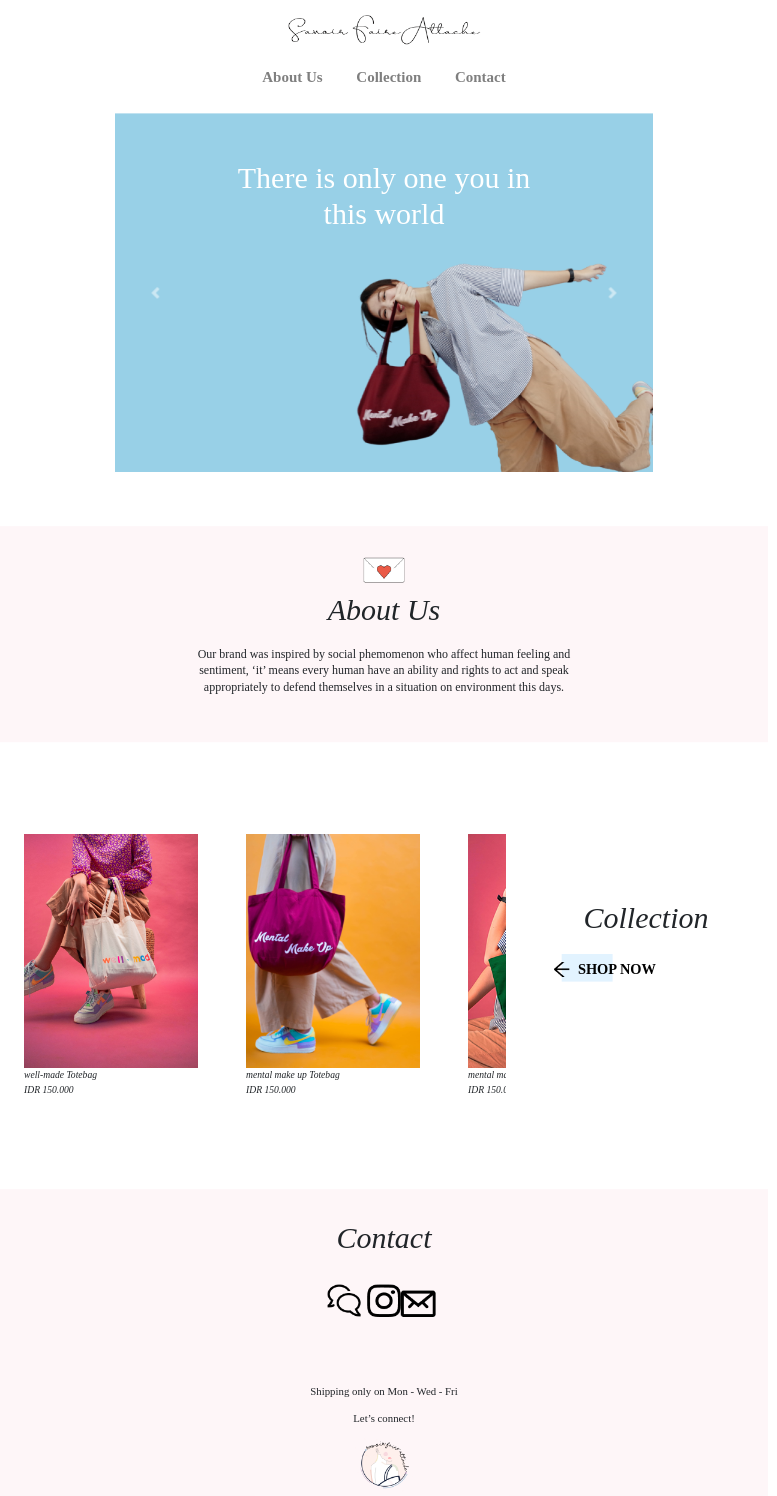
Repository: bismowibi/savoir
Page: index.html
An editor plug-in stored every save of this project. The page is shown before and after a run of saves, followed by the edit.
The browser window is 1280 px wide. The page is 1295 px wide, so the pictures cover 1295 px, including what lies to the right of the window. The pictures show the whole page, at 60% of full size.
Some web fonts or font styles are not loaded; a fallback is used. Some web libraries are served in a nearby version.

Above is the page before, as saved 2020-04-06 20:36:29.

### index.html
<!doctype html>
<html lang="en">

<head>
  <title>Savoir Fairre Attache</title>
  <!-- Required meta tags -->
  <meta charset="utf-8">
  <meta name="viewport" content="width=device-width, initial-scale=1, shrink-to-fit=no">
  <!-- Internal CSS -->
  <link rel="stylesheet" href="style.css">
  <!-- Bootstrap CSS -->
  <link rel="stylesheet" href="https://stackpath.bootstrapcdn.com/bootstrap/4.3.1/css/bootstrap.min.css"
    integrity="sha384-ggOyR0iXCbMQv3Xipma34MD+dH/1fQ784/j6cY/iJTQUOhcWr7x9JvoRxT2MZw1T" crossorigin="anonymous">
  <!-- Font Face GT -->
  <link href="https://db.onlinewebfonts.com/c/4417812509ea84242dcf790e829ca350?family=GT+Walsheim+Pro+Regular" rel="stylesheet" type="text/css"/>
    <!-- Icon -->
  <script src="https://kit.fontawesome.com/c5d0666ee9.js" crossorigin="anonymous"></script>
</head>

<body>

  <!-- Optional JavaScript -->
  <!-- jQuery first, then Popper.js, then Bootstrap JS -->
  <script src="https://code.jquery.com/jquery-3.3.1.slim.min.js"
    integrity="sha384-q8i/X+965DzO0rT7abK41JStQIAqVgRVzpbzo5smXKp4YfRvH+8abtTE1Pi6jizo" crossorigin="anonymous">
  </script>
  <script src="https://cdnjs.cloudflare.com/ajax/libs/popper.js/1.14.7/umd/popper.min.js"
    integrity="sha384-UO2eT0CpHqdSJQ6hJty5KVphtPhzWj9WO1clHTMGa3JDZwrnQq4sF86dIHNDz0W1" crossorigin="anonymous">
  </script>
  <script src="https://stackpath.bootstrapcdn.com/bootstrap/4.3.1/js/bootstrap.min.js"
    integrity="sha384-JjSmVgyd0p3pXB1rRibZUAYoIIy6OrQ6VrjIEaFf/nJGzIxFDsf4x0xIM+B07jRM" crossorigin="anonymous">
  </script>

  <section id="title">
    <div class="container-fluid">

      <!-- Header-logo -->
      <header id="site-header">
        <!-- <h5>Sfa</h5> -->
        <img src="Photos/savoir.png" alt="">
      </header>

      <!-- Navigation Bar -->
      <nav class="navbar navbar-expand-lg navbar-light">
        <a class="navbar-brand d-block d-sm-block d-md-bock d-lg-none navbar-right" style="float: none;"
          href="#">Sfa</a>

        <!-- Navbar Collapse Button -->
        <button class="navbar-toggler" type="button" data-toggle="collapse" data-target="#navbarTogglerDemo02"
          aria-controls="navbarTogglerDemo02" aria-expanded="false" aria- label="Toggle navigation">
          <span class="navbar-toggler-icon"></span>
        </button>

        <!-- Navbar Menu -->
        <div class="collapse navbar-collapse" id="navbarTogglerDemo02">
          <ul class="navbar-nav mx-auto">
            <li class="nav-item"><a class="nav-link" href="#about-us">About Us</a></li>
            <li class="nav-item"><a class="nav-link" href="#collection">Collection</a></li>
            <li class="nav-item"><a class="nav-link" href="#contact">Contact</a></li>
          </ul>
      </nav>
  </section>

  <!-- Home  -->
  <section id="home">
    <!-- <div class="container"> -->
    <div id="carouselExampleControls" class="carousel slide" data-ride="carousel" data-interval="0">
      <div class="carousel-inner">
        <!-- Card 1  -->
        <div class="carousel-item active">
          <div class="row card-1">
            <div class="col-lg-12">
              <h2 class="text-center">There is only one you in <br>this world</h2>
            </div>
            <div class="col-lg-12">
              <img class="img-card-1" src="Photos/card-1.png" alt="">
            </div>
          </div>
        </div>
        <!-- Card 2  -->
        <div class="carousel-item">
          <div class="row card-2">
            <div class="col-lg-6">
              <img class="img-card-2" src="Photos/card-2.png" alt="">
            </div>
            <div class="col-lg-6">
              <h2>Chic and <br>Colourful</h2>
            </div>
          </div>
        </div>
        <!-- Card 3 -->
        <div class="carousel-item">
          <div class="row card-3">
            <div class="col-lg-6">
              <h2>Savoir Faire Attache</h2>
            </div>
            <div class="col-lg-6">
              <img class="img-card-3" src="Photos/card-3.png" alt="">
            </div>
          </div>
        </div>
        <!-- Card 4 -->
        <div class="carousel-item">
          <div class="row card-4">
            <div class="col-lg-6">
              <h2>Grab yours now!</h2>
            </div>
            <div class="col-lg-6">
              <img class="img-card-4" src="Photos/card-4-n.png" alt="">
            </div>
          </div>
        </div>
      </div>
      <!-- Button Slider  -->
      <a class="carousel-control-prev" href="#carouselExampleControls" role="button" data-slide="prev">
        <span class="carousel-control-prev-icon" aria-hidden="true"></span>
        <span class="sr-only">Previous</span>
      </a>
      <a class="carousel-control-next" href="#carouselExampleControls" role="button" data-slide="next">
        <span class="carousel-control-next-icon" aria-hidden="true"></span>
        <span class="sr-only">Next</span>
      </a>
    </div>
    </div>
  </section>

  <section id="about-us">
    <div class="container-fluid">
      <div class="row text-center">
        <div class="col-about col-lg-12 ">
          <img class="love-letter" src="Photos/love-letter.png" alt="">
        </div>
        <div class="col-lg-12 text-center">
          <h2>About Us</h2>
          <p class="">Our brand was inspired by social phemomenon who affect human feeling and <br> sentiment, ‘it’ means every human have an ability and rights to act and speak <br>appropriately to defend themselves in a situation on environment this days. </p>
        </div>
      </div>
    </div>
    </div>
  </section>


  <!-- Collection -->
  <section id="collection">
    <!-- Scroling -->
    <div class="row scrolling-row">
      <div class="col-lg-8 sm-12">
        <div class="scrolling-wrapper-flexbox">
          <div class="card">
            <img src="Photos/img-collect-1.png" alt="">
            <span>well-made Totebag <br>IDR 150.000<span>
          </div>
          <div class="card">
            <img src="Photos/img-collect-2.png" alt="">
            <span>mental make up Totebag <br>IDR 150.000<span>
          </div>
          <div class="card">
            <img src="Photos/img-collect-3.png" alt="">
            <span>mental make up Totebag <br>IDR 150.000<span>
          </div>
          <div class="card">
            <img src="Photos/img-collect-4.png" alt="">
            <span>amore Totebag <br>IDR 150.000<span>
          </div>
        </div>
      </div>
      <div class="shop-now col-lg-4 sm-12">
        <h1 class="text-center">Collection</h1>
        <div class="arrow">
          <img class="img-arrow" src="Photos/arrow-biru.png" alt="">
          <a href="https://linktr.ee/savoirfaire_attache" target="_blank">
            <h4> SHOP NOW</h4>
          </a>
        </div>

      </div>
      </di>

  </section>

  <section id="contact">
  <div class="container-fluid">
    <div class="row text-center con">
      <div class="col-lg-12">
        <h2>Contact</h2>
      </div>
      <div class="col-lg-4  sm-3 contact-icon line">
        <img class="line-img" src="Photos/text-icon.png" alt="">
        <p class="ex">Click me!</p>
      </div>
      <div class="col-lg-4  sm-3 contact-icon ig">
        <a href="#" class="class="ig-img""><img src="Photos/ig-icon-2.png" alt=""></a>
        <p class="detail">@savoirfaire_attache</p>
      </div>
      <div class="col-lg-4 sm-3 contact-icon mail">
       <a href="#" class=mail-img""><img src="Photos/mail-icon-1.png" alt=""></a>
        <p>team@savoirfa.com</p>
      </div>
      <div class="col-sm-12 shipping">
        <h6> Shipping only on Mon - Wed - Fri <br> Let’s connect!</h6>
        <img src="Photos/logo.png" alt="">

      </div>
    </div>
    <!-- Mobile Version Code -->
    <div class="row contact-mobile text-center">
      <div class="col-sm-4">
        <img class="line-img" src="Photos/text-icon.png" alt="">
        <img class="mail-img"   src="Photos/mail-icon.png" alt="">
        <img class="ig-img"  src="Photos/ig-icon-2.png" alt="">
      </div>
      <div class="col-sm-12">
        <h6>Shipping only on Mon - Wed - Fri </h6>
      </div>
      </div>
    </div>


  </div>





  </section>











</body>

</html>

### style.css
/* Header - Logo */
#site-header {
    text-align: center;
    padding-top: 2%;
    font-family: "BeautyDream";
    font-size: 30px;
}

#site-header h5 {
    font-size: 30px;
}

#title{
    padding-bottom: 2%;
}
/* Navigation Bar */
.navbar-nav>li {
    padding-left: 20px;
    padding-right: 20px;
    font-family: "GT Walsheim Pro Regular";
    font-weight: bold;
    font-size:25px;
    margin-top:20px;
}

.navbar-brand {
    font-family: "BeautyDream";
    font-size: 2rem !important;
}


/* Home Card Background */
.card-1 {
    background-color: #98D0E7;
}

.card-2 {
    background-color: #D54C63;
}

.card-3 {
    background-color: #FECF70;
}

.card-4 {
    background-color: #F7E6D8;
}

/* Home */
#home {
    padding: 0% 15% 7%;
}

#carouselExampleControls h2 {
    font-family: "Futura";
    font-size: 50px;
    position: relative;
}

/* Card 1  */
.img-card-1 {
    position: relative;
    left: 35%;
    height: 470px;
}

.card-1 h2 {
    top: 60%;
    color: white;
}

/* Card 2 */
.img-card-2 {
    position: relative;
    left: 25%;
}

.card-2 h2 {
    color: #ffff;
    top: 40%;
    left: 10%;
}

/* Card 3 */
.card-3 h2 {
    color: #9C7C62;
    top: 35%;
    left: 23%;
}

/* Card-4 */
.card-4 h2 {
    left: 30%;
    top: 20%;
    color: #D54C63;
}

.img-card-4{

}
/* About Us */
#about-us {
    background-color: #FEF6F8;
    height: 360px;
    /* text-align: center; */
    padding: 3% 15% 3%;
    font-family: "GTWalsheimProRegular";
}

#about-us p{
    font-size: 20px;
    line-height: 27px;
    margin-top:30px;
}

#about-us h2 {
    font-family: Futura;
    font-style: italic;
    font-weight: 500;
    font-size: 50px;
}


/* Collection */

#collection {
    padding-top: 12%;
    padding-bottom:12%;
    font-family: "Futura";
    font-weight: 500;
    font-style: italic;
}

.scrolling-wrapper-flexbox {
    display: flex;
    white-space: nowrap;
    overflow-x: scroll;
    overflow-y:hidden;



}

.scrolling-wrapper-flexbox::-webkit-scrollbar {
    display: none;

}


.card {
    flex: 0 0 auto;
    /* height: 290px;
    width: 390px; */
    margin-left: 40px;
    margin-right: 40px;
    border: none !important;

}

#collection h1 {
    font-size: 50px;
    margin-top: 110px;

}

.arrow {
    margin-left: 45px;
    margin-top: 30px;

}

.arrow h4 {
    left: 24%;
    position: absolute;
    top: 48%;
    font-style: normal;
    font-weight: bold;
}

#collection a {
    color: black;
}

#collection a:hover {
    color: #d24967;
}



/* Contact */

#contact{
    padding: 3% 0% 0% 0%;
    background-color: #FEF6F8 ;
    font-family: "Futura";
}

#contact h2{
    font-size: 50px;
    font-style: italic;
    padding-top: 1%;
}

.contact-icon{
    padding-top:40px;
}

.shipping h6{
    font-size: 18px;
    margin-top: 15px;
    line-height: 45px;
    padding-top: 3%;
}



/* Only Show on Web */

@media only screen and (min-width:990px) {
.line{
    left:360px;
}

.mail{
    right: 370px;
    top: 10px;
}

#contact .contact-mobile{
    display: none;
}

}
#contact p{
    margin-top: 10px;
    opacity: 0;

}





/* Mobile Version */
@media only screen and (max-width:990px) {
    #site-header {
        display: none;
    }
}




@media only screen and (max-width:990px) {
    #home {
        padding: 0 0 0 0 !important;
    }
    .navbar-nav>li{
        font-size:15px;
    }
    /* Heading 2 Mobile */
    #carouselExampleControls h2 {
        font-size: 30px;
        text-align: center;
        display: flex;
        flex-direction: column;

    }

    #carouselExampleControls br{
        display: none;
    }

    .card-1, .card-2, .card-3, .card-4{
       height: 500px;
    }


    /* Card 1 Mobile */
    .img-card-1 {
        height: 80%;
        width: auto;
        position: relative;
        left: 4%;
        top: 3%;

    }

    /* Card 2 Mobile */
    .img-card-2 {
        position: relative;
        top: 22%;
        left: 10%;
        width: 80%;
    }

    .card-2 h2 {
        left: 0%;
        top: -1000%;
}


    /* Card 3 Mobile */
    .card-3 h2 {
        left:0%;
        top:130%;
    }

    .img-card-3 {
        width: auto;
        height: 70%;
        position: relative;
        left: 10%;
        top: 9%;

    }

    /* Card 4 Mobile */
    .img-card-4 {
        width: 81.5%;
        left: 10%;
        position: relative;
        top: 0%;
    }

    .card-4 h2 {
        left:0%;
        top:130%;
    }


    /* About Us Mobile Ver */
    #about-us {
        margin-top: 20%;
        padding-left: 0%;
        padding-right: 0%;
    }

    #about-us br{
        display: none;
    }

    #about-us h2 {
        font-size: 30px;
    }

    #about-us p {
        font-size: 15px;
        line-height: 24px;
    }

    #about-us .row{
        padding-top:40px;
    }

    /* Collection  Mobile Ver*/
    #collection {
        padding-top: 20%;
    }

    #collection h1 {
        font-size: 30px;
        margin-top: 0;

    }

    .arrow h4 {
        font-size: 15px;
        ;
        left: 30%;

    }

    .scrolling-row {
        display: flex;
        flex-direction: column-reverse;
    }

    .img-arrow {
        left: 5%;
        position: relative;
        margin-bottom: 13%;
    }
    #contact h2{
        font-size:30px;
        padding-top:5%;
    }

    .con{
        padding-top:2%;
    }
    .contact-icon{
        display: none;
    }

    .contact-mobile{
        padding-top: 10%;
    }
    .mail-img, .line-img, .ig-img {
        width: auto;
        height:60%;
        margin-left:4%;
        margin-right:4%;

    }


    .contact-mobile h6{
        font-size: 14px;
        padding-top: 20px;
    }





}


}

/* Font  */



@font-face{

    font-family: 'GTWalsheimProRegular';
    src: url('Font/GTWalsheimPro-Regular.eot');
    src: url('Font/GTWalsheimPro-Regular.eot?#iefix') format('embedded-opentype'),
         url('Font/GTWalsheimPro-Regular.woff2') format('woff2'),
         url('Font/GTWalsheimPro-Regular.woff') format('woff'),
         url('Font/GTWalsheimPro-Regular.svg#GTWalsheimPro-Regular') format('svg');
    font-weight: normal;
    font-style: normal;

    }


@font-face {

    font-family: 'BeautyDream';
    src: url('Font/Beauty-Dream.eot');
    src: url('Font/Beauty-Dream.eot?#iefix') format('embedded-opentype'),
         url('Font/Beauty-Dream.woff2') format('woff2'),
         url('Font/Beauty-Dream.woff') format('woff'),
         url('Font/Beauty-Dream.svg#Beauty-Dream') format('svg');
    font-weight: normal;
    font-style: normal;

    }
    @import url(https://db.onlinewebfonts.com/c/4417812509ea84242dcf790e829ca350?family=GT+Walsheim+Pro+Regular);

    @font-face {font-family: "GT Walsheim Pro Regular"; src: url("https://db.onlinewebfonts.com/t/4417812509ea84242dcf790e829ca350.eot"); src: url("https://db.onlinewebfonts.com/t/4417812509ea84242dcf790e829ca350.eot?#iefix") format("embedded-opentype"), url("https://db.onlinewebfonts.com/t/4417812509ea84242dcf790e829ca350.woff2") format("woff2"), url("https://db.onlinewebfonts.com/t/4417812509ea84242dcf790e829ca350.woff") format("woff"), url("https://db.onlinewebfonts.com/t/4417812509ea84242dcf790e829ca350.ttf") format("truetype"), url("https://db.onlinewebfonts.com/t/4417812509ea84242dcf790e829ca350.svg#GT Walsheim Pro Regular") format("svg"); }

After the next 2 saves:
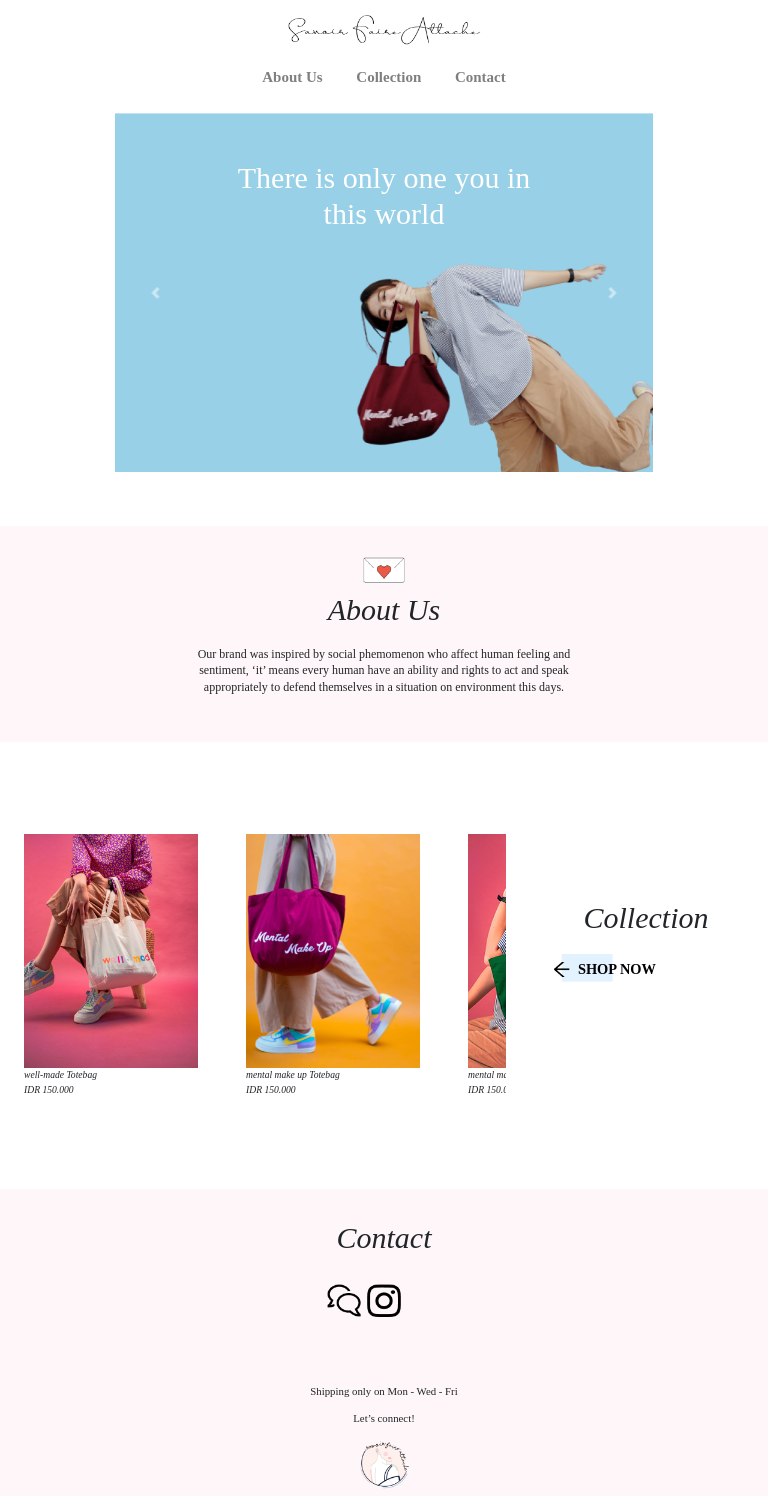
The 2 saves are shown as one change because they came seconds apart.
The last was saved 7 s later.
--- a/index.html
+++ b/index.html
@@ -193,7 +193,7 @@
         <p class="detail">@savoirfaire_attache</p>
       </div>
       <div class="col-lg-4 sm-3 contact-icon mail">
-       <a href="#" class=mail-img""><img src="Photos/mail-icon-1.png" alt=""></a>
+       <a href="#" class="mail-img><img src="Photos/mail-icon-1.png" alt=""></a>
         <p>team@savoirfa.com</p>
       </div>
       <div class="col-sm-12 shipping">

After the save that followed:
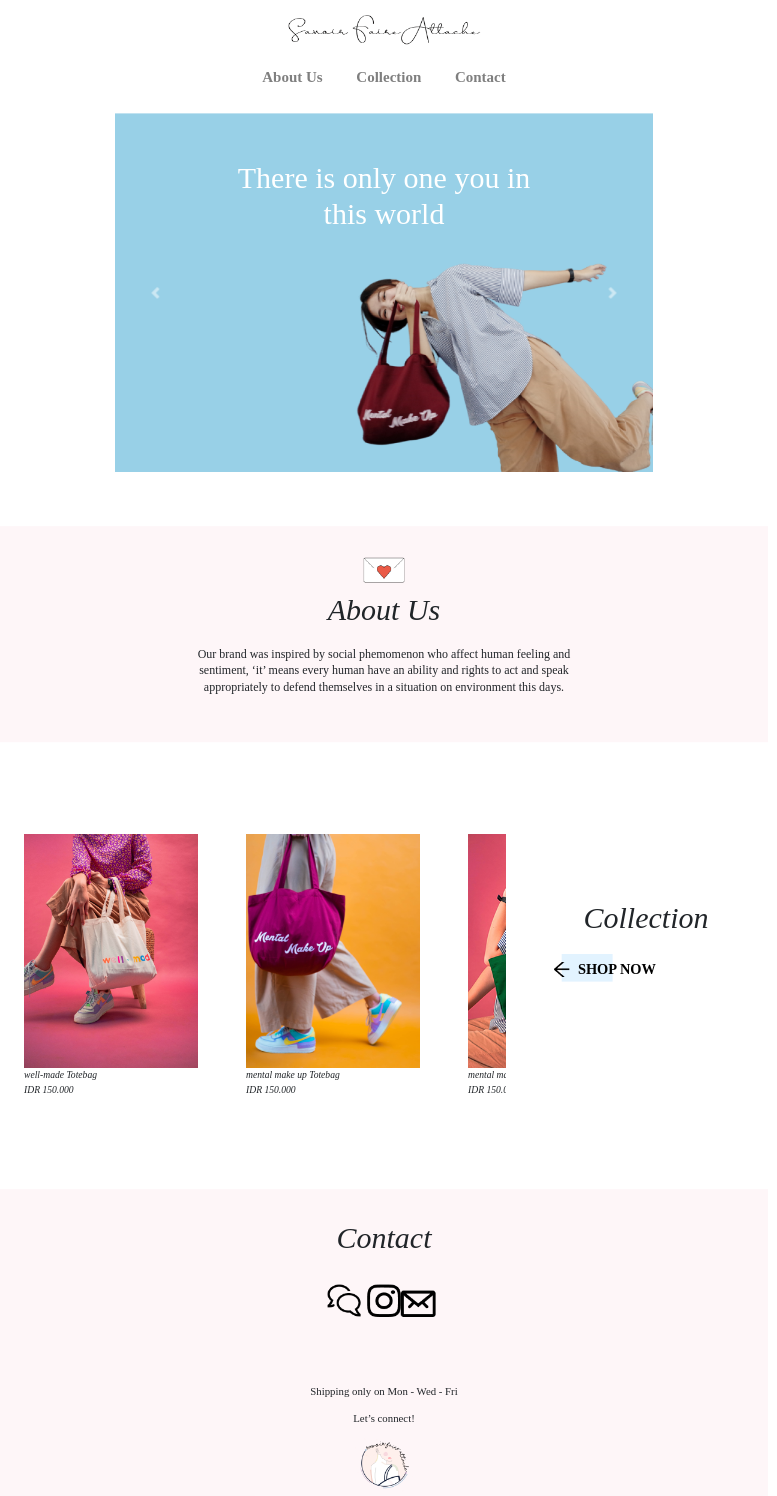
Saved 5 s later.
--- a/index.html
+++ b/index.html
@@ -193,7 +193,7 @@
         <p class="detail">@savoirfaire_attache</p>
       </div>
       <div class="col-lg-4 sm-3 contact-icon mail">
-       <a href="#" class="mail-img><img src="Photos/mail-icon-1.png" alt=""></a>
+       <a href="#" class="mail-img"><img src="Photos/mail-icon-1.png" alt=""></a>
         <p>team@savoirfa.com</p>
       </div>
       <div class="col-sm-12 shipping">
